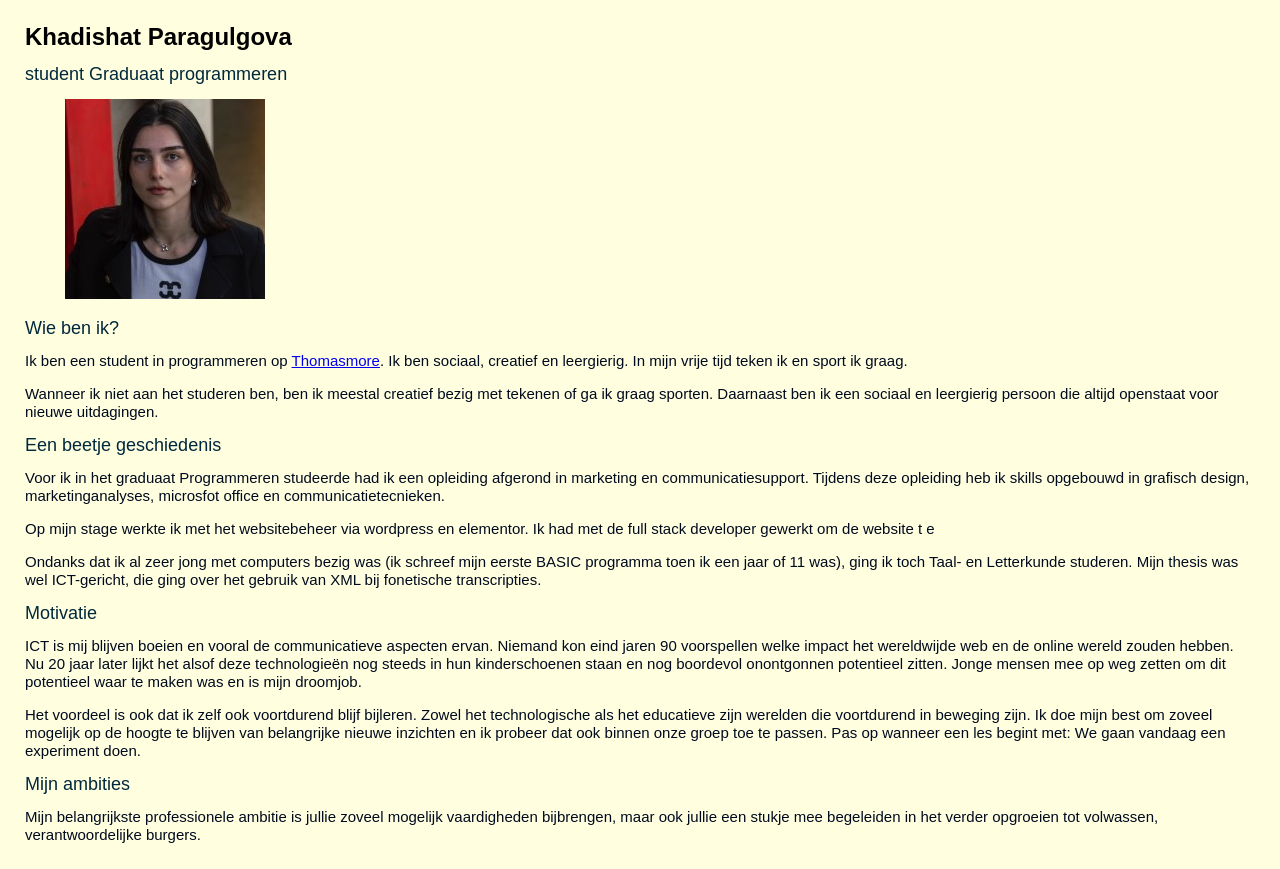
Repository: khadishat00/portfolio
Page: index.html
The author's editor kept a copy of each file at every save. The page is drawn from the files as they stood at one save, then again after the next save.
The browser window is 1280 px wide. The pictures show the whole page.

Above is the page before, as saved 2026-09-24 15:04:06.

### index.html
<!doctype html>
<html lang="en">
  <head>
    <meta charset="UTF-8" />
    <meta name="viewport" content="width=device-width, initial-scale=1.0" />
    <title>portfolio</title>
  </head>
  <style>
    html {
      font-family: Arial, sans-serif;
    }
    body {
      background-color: lightyellow;
      margin: 25px;
    }
    h1 {
      font-family: "Century Gothic", sans-serif;
      color: dark;
      font-weight: bold;
      font-size: 24px;
      line-height: 24px;
    }
    h2 {
      font-family: "Century Gothic", sans-serif;
      color: #00283c;
      font-weight: normal;
      font-size: 18px;
      line-height: 18px;
    }
    p {
      font-family: Arial, sans-serif;
      color: #000a1e;
      font-size: 15px;
      line-height: 18px;
      font-weight: normal;
      padding:;
    }

    figure {
      display: block;
      margin-block-start: 1em;
      margin-block-end: 1em;
      margin-inline-start: 40px;
      margin-inline-end: 40px;
      unicode-bidi: isolate;
    }

    img {
      max-width: 100%;
      border-color: blue;

    }
  </style>

  <body>
    <header>
         <h1>Khadishat Paragulgova</h1>
      <h2>student Graduaat programmeren</h2>
      <figure>
        <img src="profielfoto.jpg" alt="Mijn profielfoto" />
      </figure>
    </header>
    <main>
     <h2>Wie ben ik?</h2>
      <p>
        Ik ben een student in programmeren op
        <a href="https://thomasmore.be/nl">Thomasmore</a>. Ik ben sociaal,
        creatief en leergierig. In mijn vrije tijd teken ik en sport ik graag.
      </p>
      <p>
        Wanneer ik niet aan het studeren ben, ben ik meestal creatief bezig met
        tekenen of ga ik graag sporten. Daarnaast ben ik een sociaal en
        leergierig persoon die altijd openstaat voor nieuwe uitdagingen.
      </p>

      <h2>Een beetje geschiedenis</h2>
      <p>
        Voor ik in het graduaat Programmeren studeerde had ik een opleiding
        afgerond in marketing en communicatiesupport. Tijdens deze opleiding heb
        ik skills opgebouwd in grafisch design, marketinganalyses, microsfot
        office en communicatietecnieken.
      </p>
      <p>
        Op mijn stage werkte ik met het websitebeheer via wordpress en
        elementor. Ik had met de full stack developer gewerkt om de website t e
      </p>
      <p>
        Ondanks dat ik al zeer jong met computers bezig was (ik schreef mijn
        eerste BASIC programma toen ik een jaar of 11 was), ging ik toch Taal-
        en Letterkunde studeren. Mijn thesis was wel ICT-gericht, die ging over
        het gebruik van XML bij fonetische transcripties.
      </p>

      <h2>Motivatie</h2>
      <p>
        ICT is mij blijven boeien en vooral de communicatieve aspecten ervan.
        Niemand kon eind jaren 90 voorspellen welke impact het wereldwijde web
        en de online wereld zouden hebben. Nu 20 jaar later lijkt het alsof deze
        technologieën nog steeds in hun kinderschoenen staan en nog boordevol
        onontgonnen potentieel zitten. Jonge mensen mee op weg zetten om dit
        potentieel waar te maken was en is mijn droomjob.
      </p>
      <p>
        Het voordeel is ook dat ik zelf ook voortdurend blijf bijleren. Zowel
        het technologische als het educatieve zijn werelden die voortdurend in
        beweging zijn. Ik doe mijn best om zoveel mogelijk op de hoogte te
        blijven van belangrijke nieuwe inzichten en ik probeer dat ook binnen
        onze groep toe te passen. Pas op wanneer een les begint met: We gaan
        vandaag een experiment doen.
      </p>

      <h2>Mijn ambities</h2>
      <p>
        Mijn belangrijkste professionele ambitie is jullie zoveel mogelijk
        vaardigheden bijbrengen, maar ook jullie een stukje mee begeleiden in
        het verder opgroeien tot volwassen, verantwoordelijke burgers.
      </p>
    </main>
  </body>
</html>

After the next save:
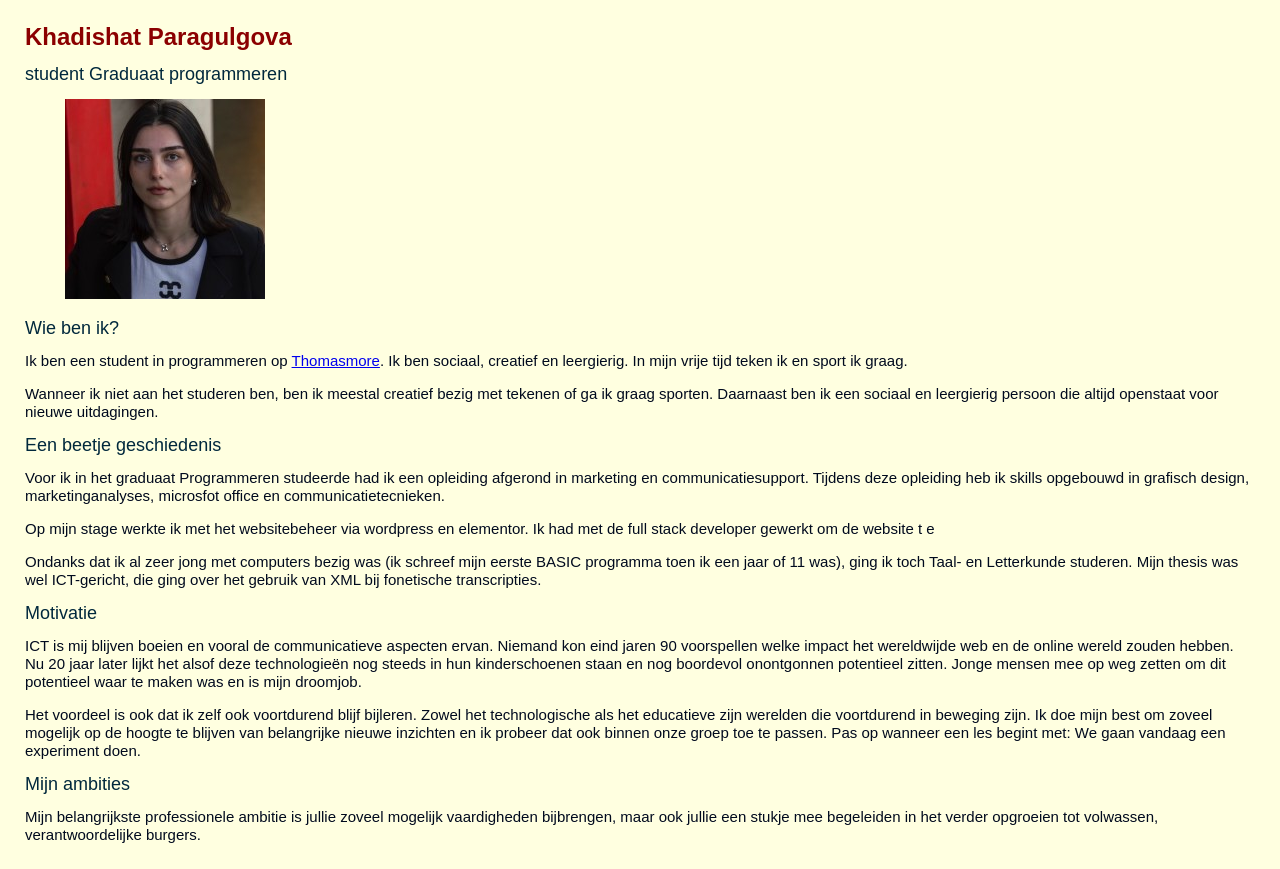
Saved 23 s later.
--- a/index.html
+++ b/index.html
@@ -15,7 +15,7 @@
     }
     h1 {
       font-family: "Century Gothic", sans-serif;
-      color: dark;
+      color: darkred;
       font-weight: bold;
       font-size: 24px;
       line-height: 24px;
